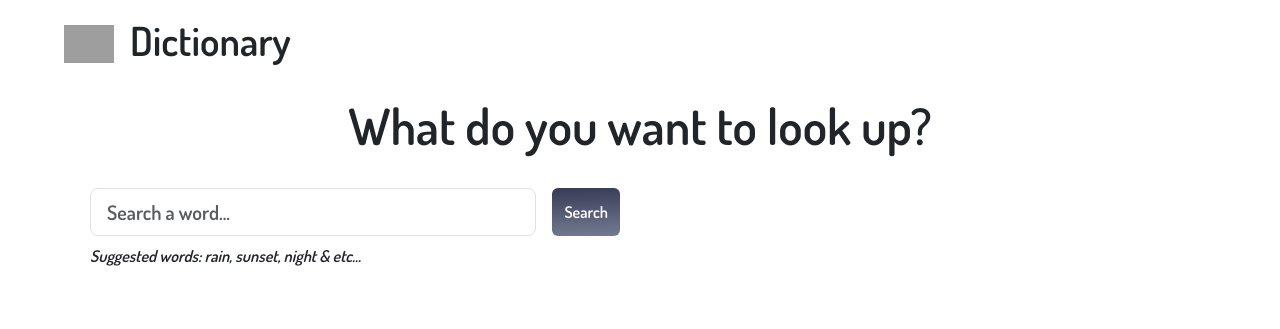
Repository: moehaymanmyint/react-dictionary-app
Page: /
An editor plug-in stored every save of this project. The page is shown before and after the next save, followed by the edit.
The browser window is 1280 px wide. The pictures show the whole page.
Pictures or frames that could not be fetched are drawn as grey boxes. The project was rebuilt for these pictures with package versions that can differ from the ones it lists, and the page was loaded fresh each time. Also part of the build but not shown: src/Synonyms.js, src/Meaning.js, src/Phonetics.js, src/Results.js, src/Photos.js.

Above is the page before, as saved 2024-09-07 12:18:19.

After the next save:
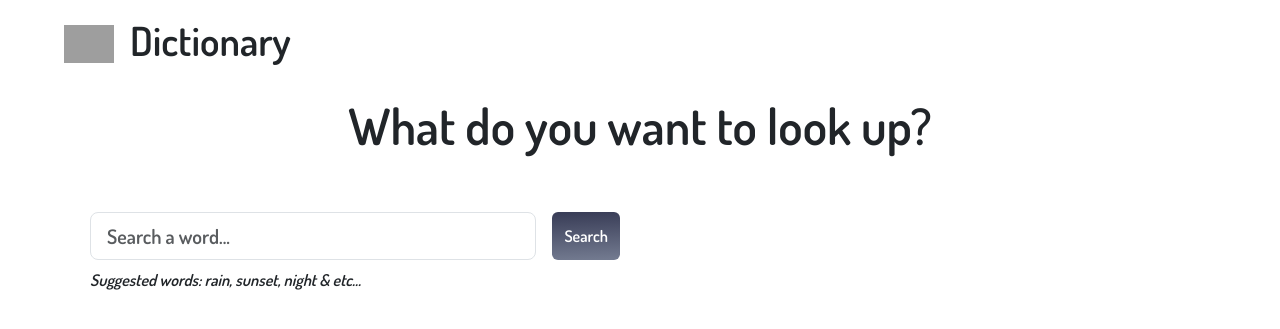
Saved 7 s later.
--- a/src/Search.js
+++ b/src/Search.js
@@ -40,7 +40,7 @@ export default function Search(){
 
     return (
         <div className="Search">
-            <h1 className="my-4 text-center">What do you want to look up?</h1>
+            <h1 className="my-4 mb-5 text-center">What do you want to look up?</h1>
             <div className="row d-flex">
                 <div className="col-6">
                     <form onSubmit={handleSubmit} className="d-flex">
